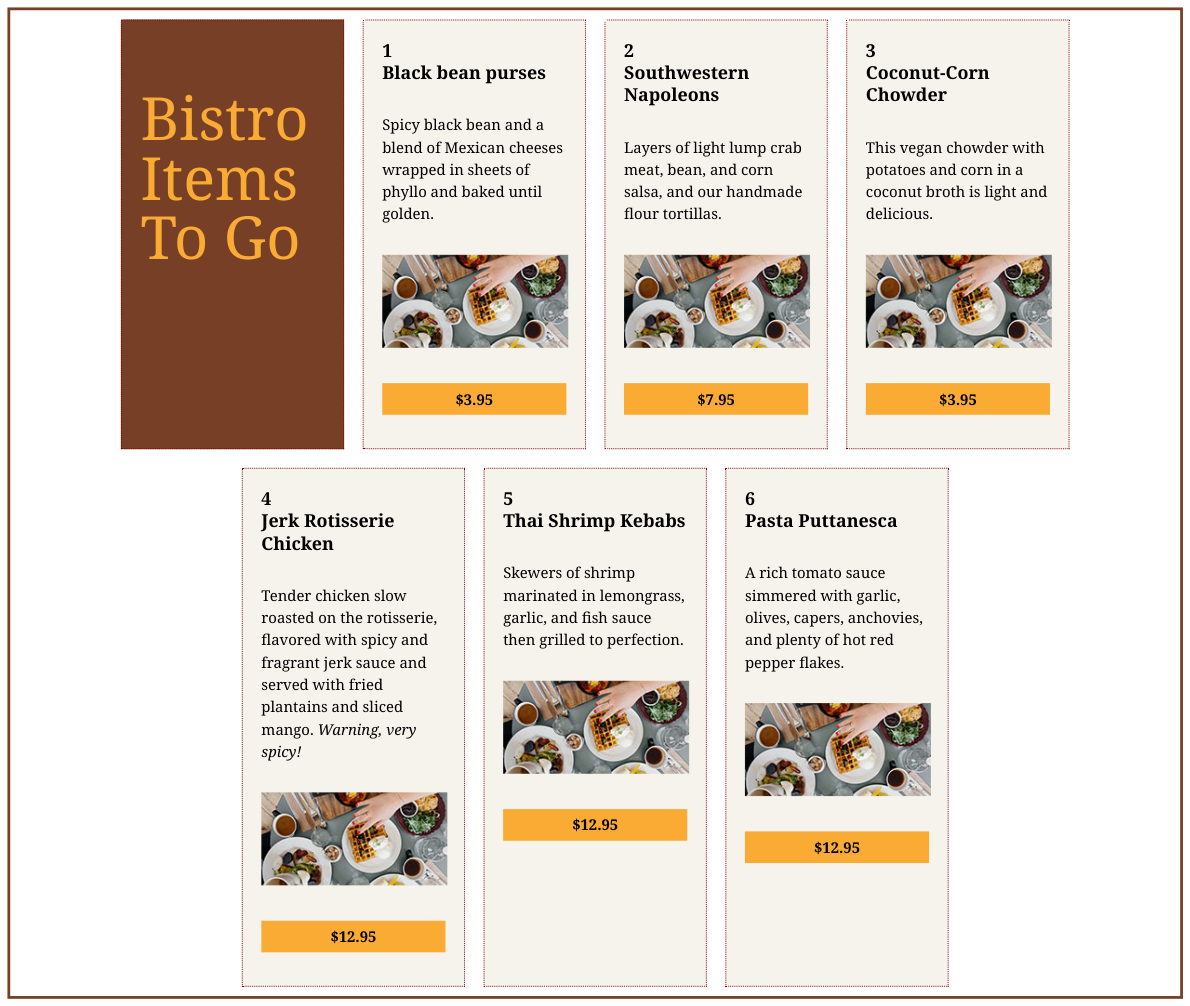
Repository: Colo-Codes/code-practice
Page: 02-css-practice-6.html
These files come from the project's save history. The page is drawn as it stood at one moment and after the next save; the edit follows.
The browser window is 1280 px wide. The pictures show the whole page, at 93% of full size.

Above is the page before, as saved 2021-05-13 11:09:54.

After the next save:
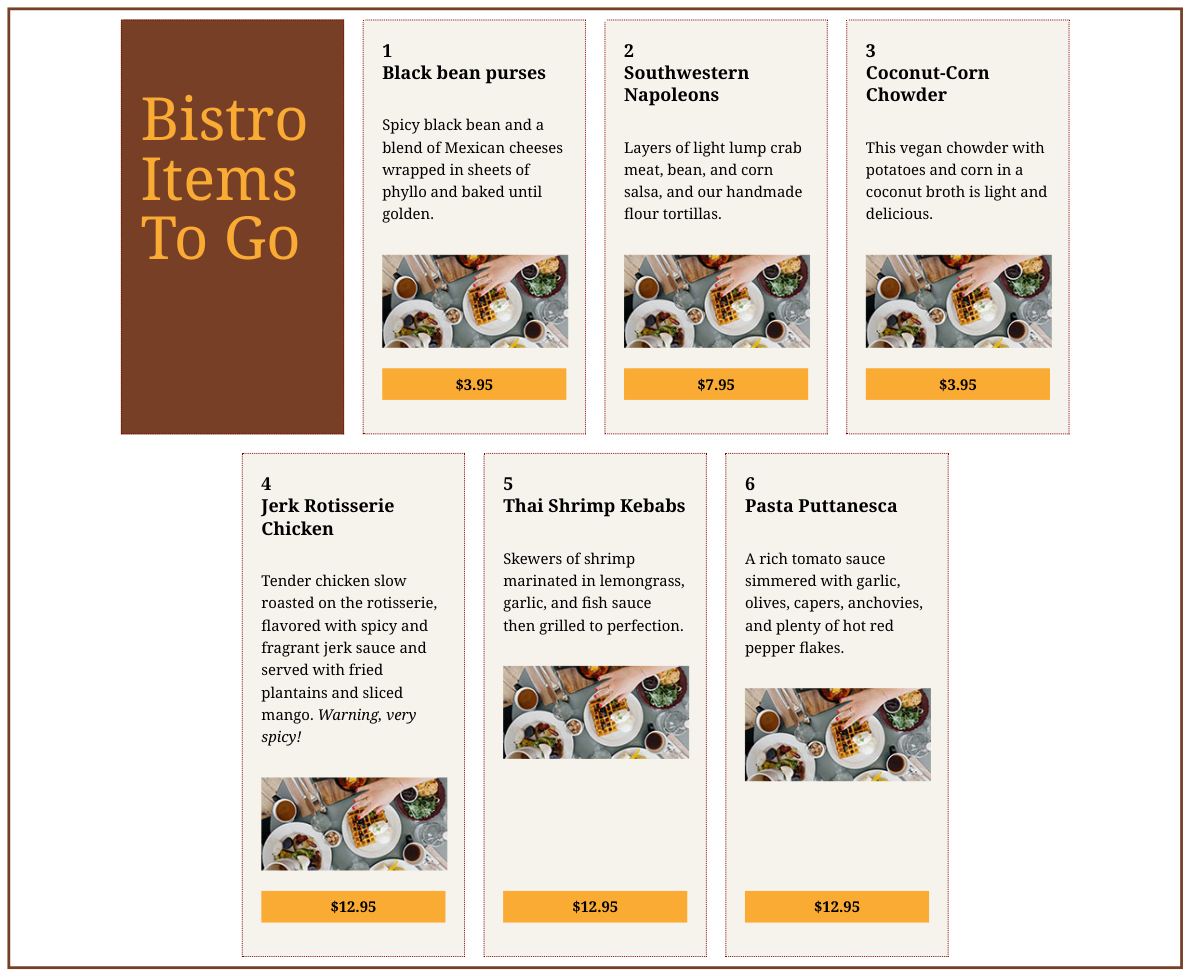
Saved 46 s later.
--- a/02-css-practice-6.html
+++ b/02-css-practice-6.html
@@ -64,6 +64,7 @@
       padding: 5px;
       width: 100%;
       text-align: center;
+      margin-top: auto;
     }
   </style>
 
